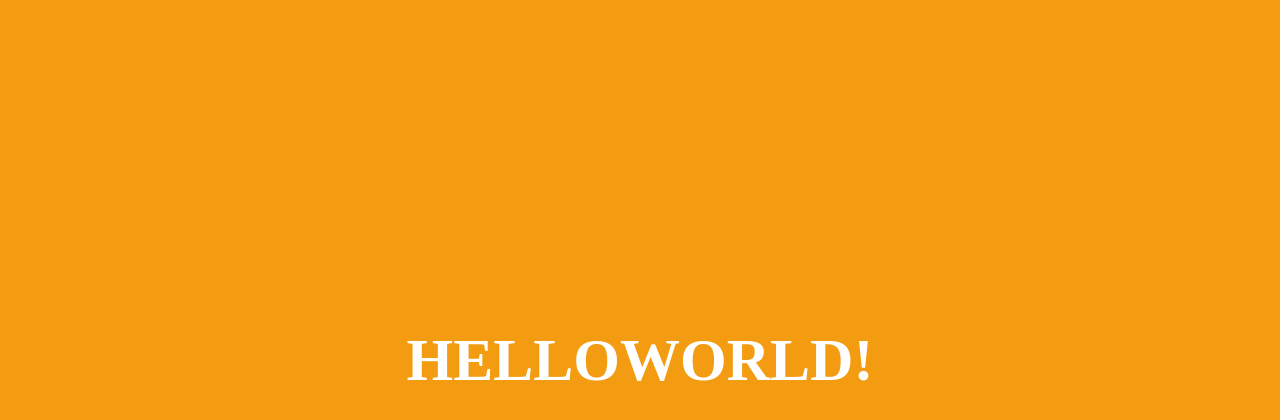
Repository: phong121020/Text-Animation
Page: assets/index.html
An editor plug-in stored every save of this project. The page is shown before and after the next save, followed by the edit.
The browser window is 1280 px wide. The pictures show the whole page.

Above is the page before, as saved 2022-03-12 16:17:12.

After the next save:
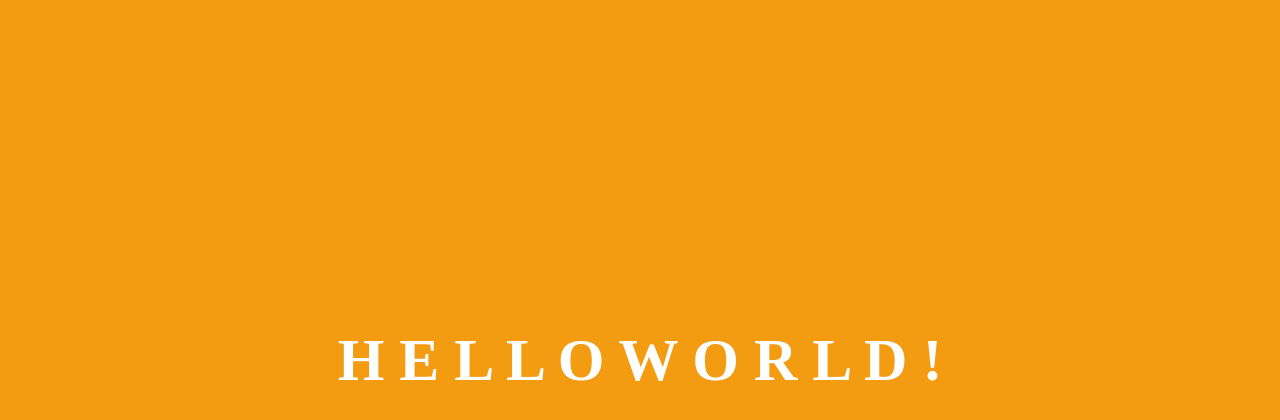
Saved 30 s later.
--- a/assets/style.css
+++ b/assets/style.css
@@ -15,13 +15,3 @@ h1 {
   font-size: 60px;
   color: #fff;
 }
-span {
-  opacity: 0;
-  transition: all 1s ease;
-  transform: translateY(-40px);
-  display: inline-block;
-}
-span.fade {
-  opacity: 1;
-  transform: translateY(0);
-}
